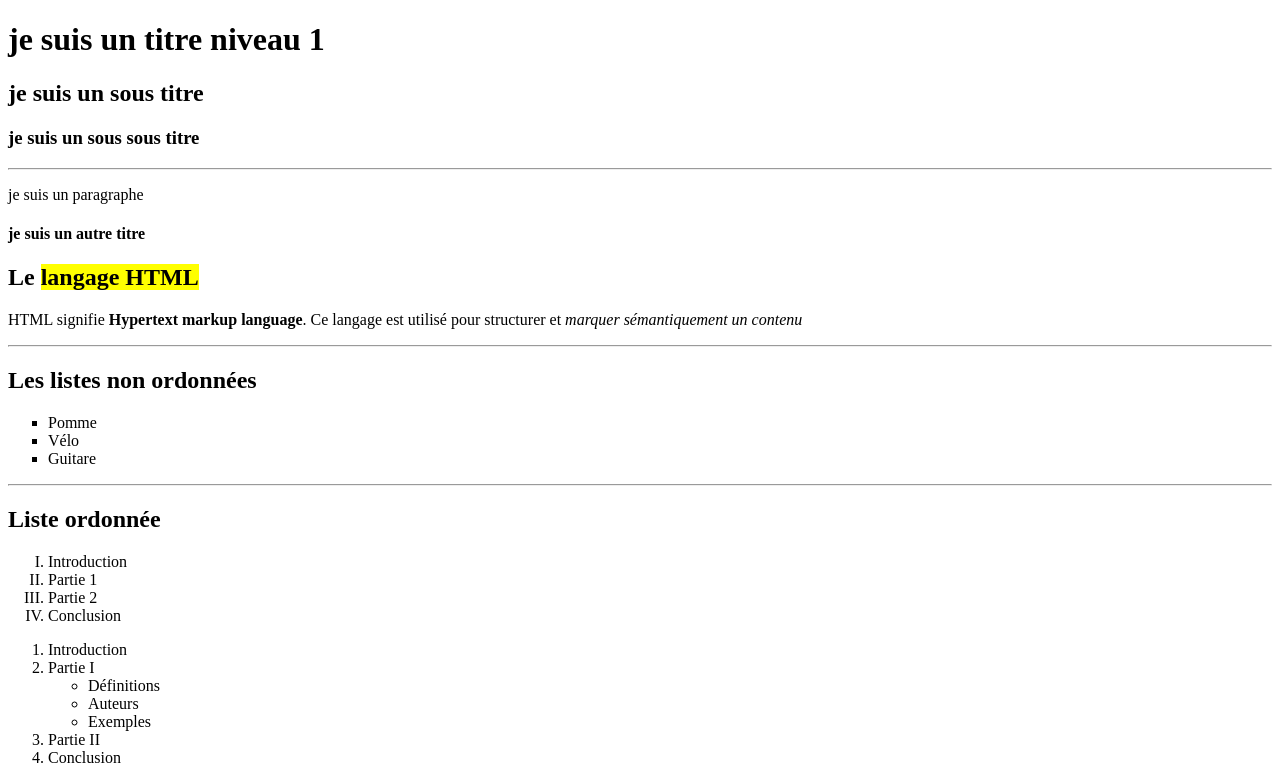
Repository: serviceshuios/Git-Aix-Web
Page: bases-html/WebContent/index.html
The author's editor kept a copy of each file at every save. The page is drawn from the files as they stood at one save, then again after the next save.
The browser window is 1280 px wide. The pictures show the whole page.

Above is the page before, as saved 2018-10-22 10:27:57.

After the next save:
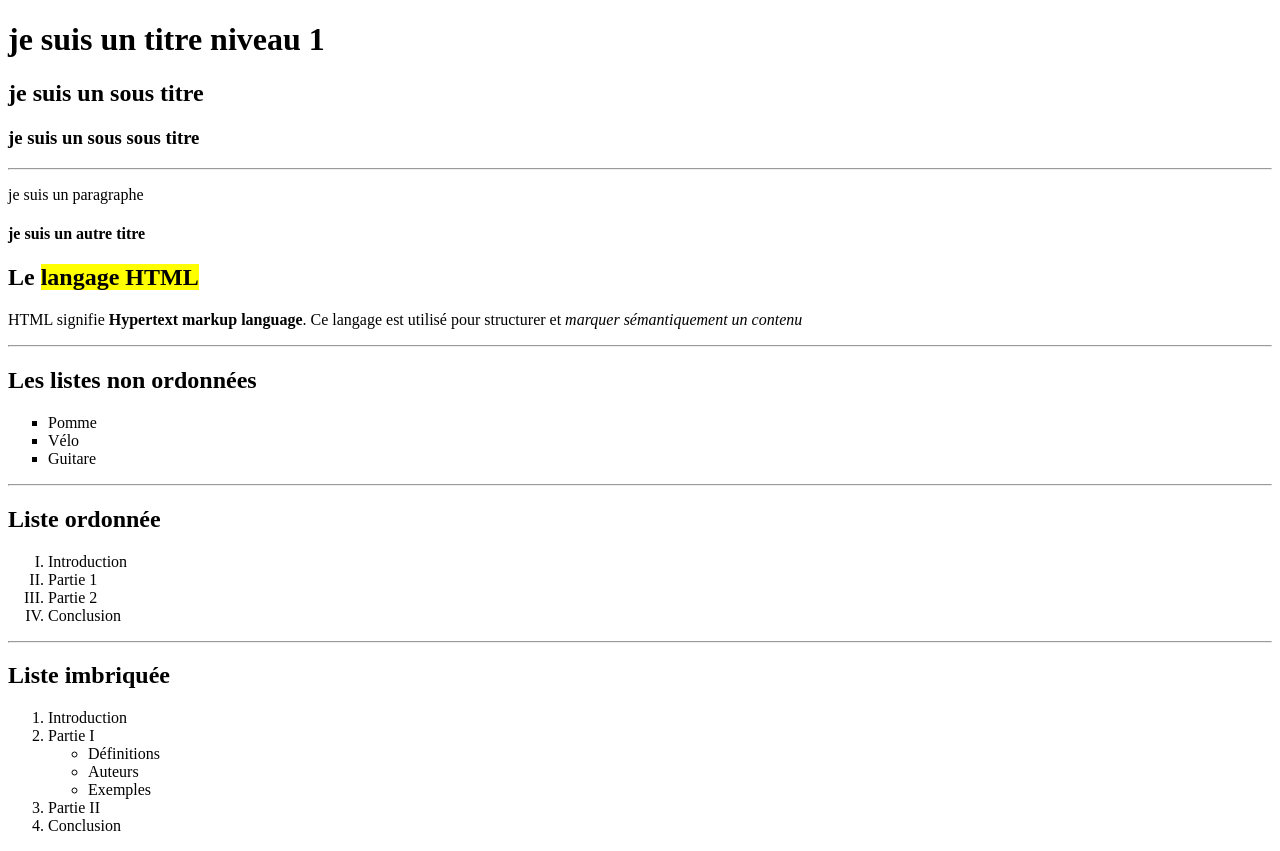
Saved 36 s later.
--- a/bases-html/WebContent/index.html
+++ b/bases-html/WebContent/index.html
@@ -37,6 +37,8 @@
 			<li>Conclusion</li>
 		</ol>
 		<!-- listes imbriquées -->
+		<hr/>
+		<h2>Liste imbriquée</h2>
 		<ol>
 			<li>Introduction</li>
 			<li>Partie I</li>
